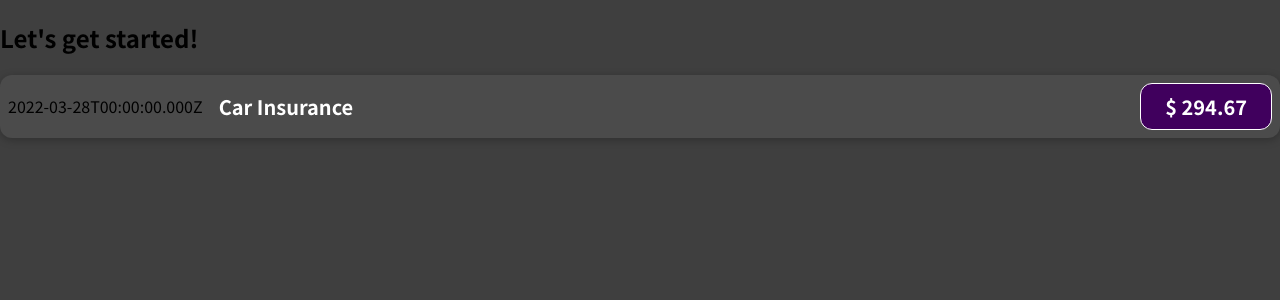
Repository: Dark-Developer93/react-complete-guide
Page: /
The author's editor kept a copy of each file at every save. The page is drawn from the files as they stood at one save, then again after the next save.
The browser window is 1280 px wide. The pictures show the whole page.
The project was rebuilt for these pictures with package versions that can differ from the ones it lists, and the page was loaded fresh each time.

Above is the page before, as saved 2022-11-04 16:08:49.

### src/components/ExpenseItem.js
import "./ExpenseItem.css";

const ExpenseItem = () => {
  const expenseDate = new Date(2022, 2, 28);
  const expenseTitle = "Car Insurance";
  const expenseAmount = 294.67;

  return (
    <div className="expense-item">
      <div>{expenseDate.toISOString()}</div>
      <div className="expense-item__description">
        <h2>{expenseTitle}</h2>
        <div className="expense-item__price">$ {expenseAmount}</div>
      </div>
    </div>
  );
};

export default ExpenseItem;

### src/components/ExpenseItem.css
.expense-item {
  display: flex;
  justify-content: space-between;
  align-items: center;
  box-shadow: 0 2px 8px rgba(0, 0, 0, 0.25);
  padding: 0.5rem;
  margin: 1rem 0;
  border-radius: 12px;
  background-color: #4b4b4b;
}

.expense-item__description {
  display: flex;
  flex-direction: column;
  gap: 1rem;
  align-items: flex-end;
  flex-flow: column-reverse;
  justify-content: flex-start;
  flex: 1;
}

.expense-item h2 {
  color: #3a3a3a;
  font-size: 1rem;
  flex: 1;
  margin: 0 1rem;
  color: white;
}

.expense-item__price {
  font-size: 1rem;
  font-weight: bold;
  color: white;
  background-color: #40005d;
  border: 1px solid white;
  padding: 0.5rem;
  border-radius: 12px;
}

@media (min-width: 580px) {
  .expense-item__description {
    flex-direction: row;
    align-items: center;
    justify-content: flex-start;
    flex: 1;
  }

  .expense-item__description h2 {
    font-size: 1.25rem;
  }

  .expense-item__price {
    font-size: 1.25rem;
    padding: 0.5rem 1.5rem;
  }
}

Loaded but not shown: public/index.html (common file); src/index.js (common file); src/index.css (common file); src/App.js (common file)

After the next save:
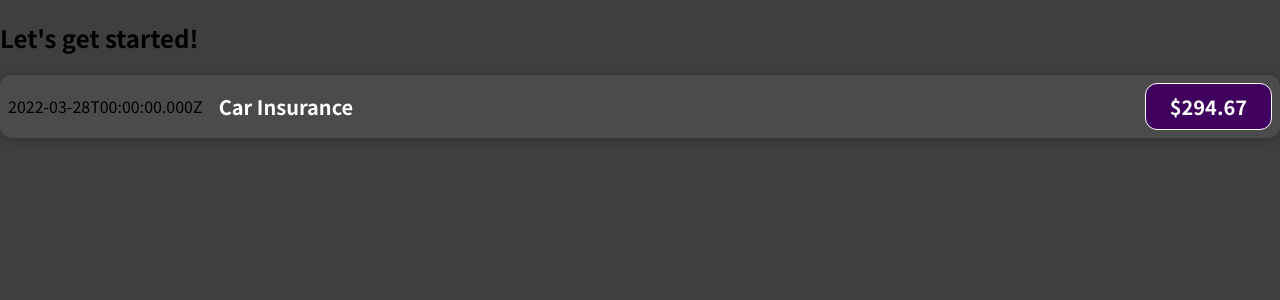
Saved 50 s later.
--- a/src/components/ExpenseItem.js
+++ b/src/components/ExpenseItem.js
@@ -10,7 +10,7 @@ const ExpenseItem = () => {
       <div>{expenseDate.toISOString()}</div>
       <div className="expense-item__description">
         <h2>{expenseTitle}</h2>
-        <div className="expense-item__price">$ {expenseAmount}</div>
+        <div className="expense-item__price">${expenseAmount}</div>
       </div>
     </div>
   );
